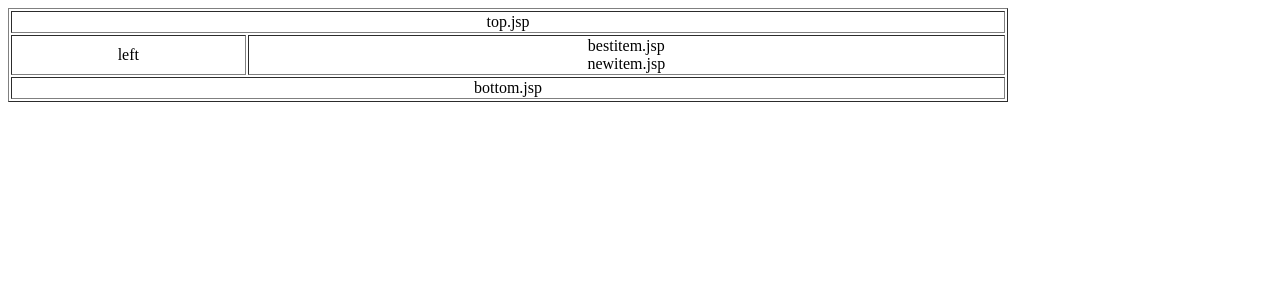
Repository: JeongDaejin/JSP-
Page: http://localhost/ServletTest/template.jsp?page=newitem
An editor plug-in stored every save of this project. The page is shown before and after the next save, followed by the edit.
The browser window is 1280 px wide. The pictures show the whole page.
The page is served by Tomcat 9. Other server files are loaded and not shown.

Above is the page before, as saved 2023-02-01 06:39:54.

### JSPExam2/ServletTest/src/main/webapp/template.jsp
<%@ page language="java" contentType="text/html; charset=EUC-KR"
    pageEncoding="EUC-KR"%>
<!DOCTYPE html>
<html>
<head>
<meta charset="EUC-KR">
<title>Insert title here</title>
</head>
<body>
<table border="1" style="width: 1000px; text-align: center;">

<tr >
<td colspan="2">top.jsp</td>
</tr>
<tr>
<td>left<br>
</td>
<td>bestitem.jsp<br>
newitem.jsp</td>
</tr>
<tr>
<td colspan="2">bottom.jsp</td>
</tr>



</table>

</body>
</html>

### JSPExam2/ServletTest/src/main/webapp/footer2.jsp
<%@ page language="java" contentType="text/html; charset=EUC-KR"
    pageEncoding="EUC-KR"%>
<!DOCTYPE html>
<html>
<head>
<meta charset="EUC-KR">
<title>Insert title here</title>
</head>
<body>
footer.jsp에서 출력한 메시지입니다.
<hr>
	<%=request.getParameter("email") %>
	<%=request.getParameter("tel") %>
</body>
</html>

After the next save:
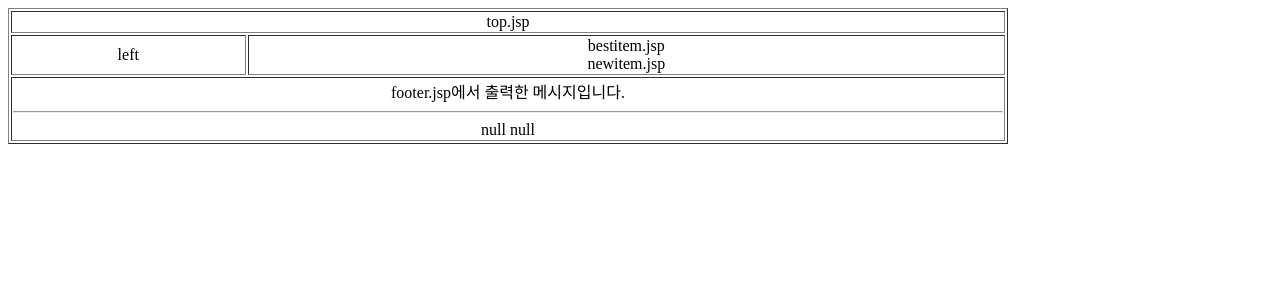
Saved 44 s later.
--- a/JSPExam2/ServletTest/src/main/webapp/template.jsp
+++ b/JSPExam2/ServletTest/src/main/webapp/template.jsp
@@ -19,7 +19,7 @@
 newitem.jsp</td>
 </tr>
 <tr>
-<td colspan="2">bottom.jsp</td>
+<td colspan="2"><%@ include file="footer2.jsp" %></td>
 </tr>
 
 
